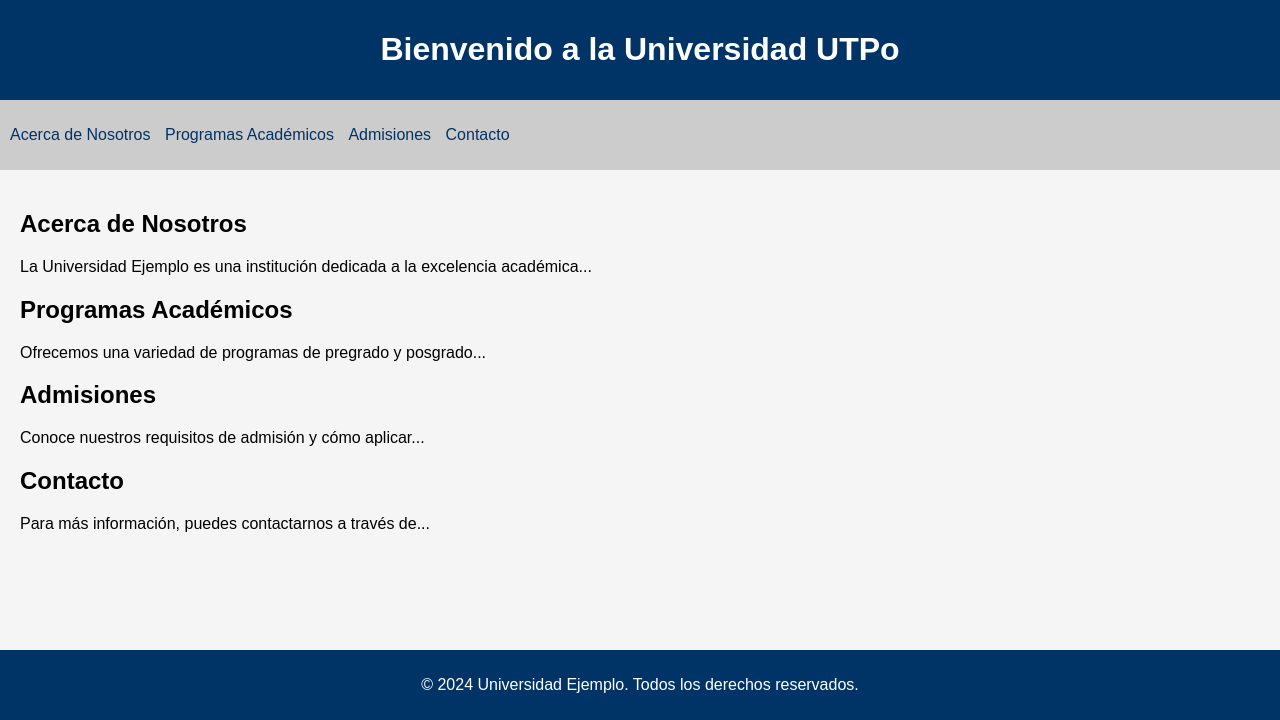
Repository: JhostinP/Desarrollo-Web-Integrado
Page: http://localhost/ProyectoJakartaServlet1/home
An editor plug-in stored every save of this project. The page is shown before and after the next save, followed by the edit.
The browser window is 1280 px wide. The pictures show the whole page.
The page is served by Tomcat 10.

Above is the page before, as saved 2024-07-14 20:34:38.

### TrabajoFinalWeb/ProyectoJakartaServlet1/src/main/webapp/WEB-INF/views/home.jsp
<!DOCTYPE html>
<html lang="en">
<head>
    <meta charset="UTF-8">
    <meta name="viewport" content="width=device-width, initial-scale=1.0">
    <title>UTP</title>
    <link rel="stylesheet" href="css/styles.css">
</head>
<body>
    <header>
        <h1>Bienvenido a la Universidad UTPo</h1>
    </header>
    <nav>
        <ul>
            <li><a href="#about">Acerca de Nosotros</a></li>
            <li><a href="#programs">Programas Académicos</a></li>
            <li><a href="#admissions">Admisiones</a></li>
            <li><a href="#contact">Contacto</a></li>
        </ul>
    </nav>
    <main>
        <section id="about">
            <h2>Acerca de Nosotros</h2>
            <p>La Universidad Ejemplo es una institución dedicada a la excelencia académica...</p>
        </section>
        <section id="programs">
            <h2>Programas Académicos</h2>
            <p>Ofrecemos una variedad de programas de pregrado y posgrado...</p>
        </section>
        <section id="admissions">
            <h2>Admisiones</h2>
            <p>Conoce nuestros requisitos de admisión y cómo aplicar...</p>
        </section>
        <section id="contact">
            <h2>Contacto</h2>
            <p>Para más información, puedes contactarnos a través de...</p>
        </section>
    </main>
    <footer>
        <p>&copy; 2024 Universidad Ejemplo. Todos los derechos reservados.</p>
    </footer>
</body>
</html>

### TrabajoFinalWeb/ProyectoJakartaServlet1/src/main/java/com/university/HomeServlet.java
package com.university;

import jakarta.servlet.ServletException;
import jakarta.servlet.annotation.WebServlet;
import jakarta.servlet.http.HttpServlet;
import jakarta.servlet.http.HttpServletRequest;
import jakarta.servlet.http.HttpServletResponse;
import java.io.IOException;


@WebServlet("/home")
public class HomeServlet extends HttpServlet {
    private static final long serialVersionUID = 1L;

    protected void doGet(HttpServletRequest request, HttpServletResponse response) throws ServletException, IOException {
        request.getRequestDispatcher("/WEB-INF/views/home.jsp").forward(request, response);
    }
}

### TrabajoFinalWeb/ProyectoJakartaServlet1/src/main/webapp/css/styles.css
body {
    font-family: Arial, sans-serif;
    margin: 0;
    padding: 0;
    background-color: #f5f5f5;
}

header {
    background-color: #003366;
    color: white;
    padding: 10px 0;
    text-align: center;
}

nav {
    background-color: #cccccc;
    padding: 10px;
}

nav ul {
    list-style-type: none;
    padding: 0;
}

nav ul li {
    display: inline;
    margin-right: 10px;
}

nav ul li a {
    text-decoration: none;
    color: #003366;
}

main {
    padding: 20px;
}

footer {
    background-color: #003366;
    color: white;
    text-align: center;
    padding: 10px 0;
    position: fixed;
    width: 100%;
    bottom: 0;
}

After the next save:
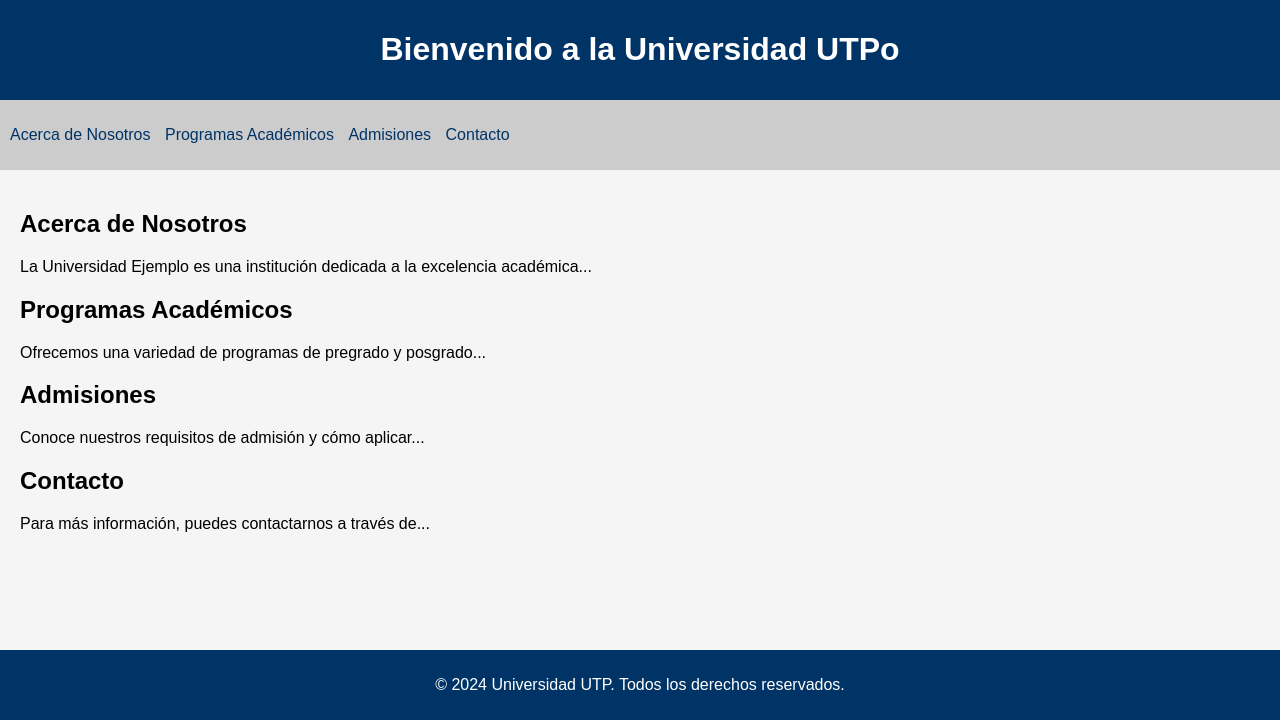
Saved 4 s later.
--- a/TrabajoFinalWeb/ProyectoJakartaServlet1/src/main/webapp/WEB-INF/views/home.jsp
+++ b/TrabajoFinalWeb/ProyectoJakartaServlet1/src/main/webapp/WEB-INF/views/home.jsp
@@ -37,7 +37,7 @@
         </section>
     </main>
     <footer>
-        <p>&copy; 2024 Universidad Ejemplo. Todos los derechos reservados.</p>
+        <p>&copy; 2024 Universidad UTP. Todos los derechos reservados.</p>
     </footer>
 </body>
 </html>
